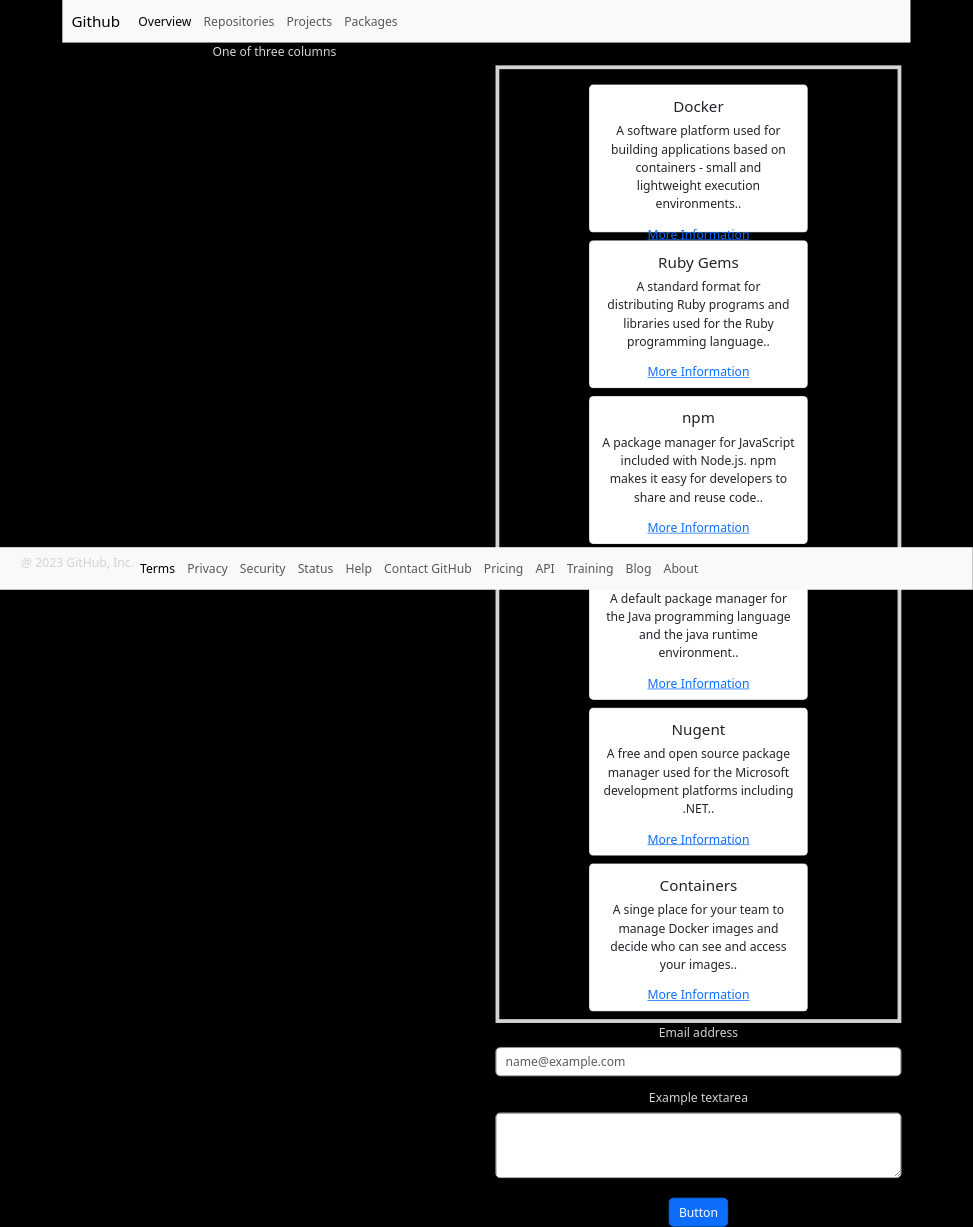
Repository: nss-evening-cohort-E23/gitsub-pull-request-posse
Page: packages.html
These files come from the project's save history. The page is drawn as it stood at one moment and after the next save; the edit follows.
The browser window is 1280 px wide. The pictures show the whole page, at 76% of full size.

Above is the page before, as saved 2023-05-09 18:56:29.

### packages.html
<!DOCTYPE html>
<html lang="en">
<head>
  <meta charset="UTF-8">
  <meta http-equiv="X-UA-Compatible" content="IE=edge">
  <meta name="viewport" content="width=device-width, initial-scale=1.0">
  <link href="https://cdn.jsdelivr.net/npm/bootstrap@5.3.0-alpha3/dist/css/bootstrap.min.css" rel="stylesheet" integrity="sha384-KK94CHFLLe+nY2dmCWGMq91rCGa5gtU4mk92HdvYe+M/SXH301p5ILy+dN9+nJOZ" crossorigin="anonymous">
  <link rel="stylesheet" href="packages.css">
  <title>Packages</title>
</head>
<body>
  <div class="container" id="master">
    <div id="navigate">
      <nav class="navbar navbar-expand-lg bg-body-tertiary">
        <div class="container-fluid">
          <a class="navbar-brand" href="#">Github</a>
          <button class="navbar-toggler" type="button" data-bs-toggle="collapse" data-bs-target="#navbarNavAltMarkup" aria-controls="navbarNavAltMarkup" aria-expanded="false" aria-label="Toggle navigation">
            <span class="navbar-toggler-icon"></span>
          </button>
          <div class="collapse navbar-collapse" id="navbarNavAltMarkup">
            <div class="navbar-nav">
              <a class="nav-link active" aria-current="page" href="#">Overview</a>
              <a class="nav-link" href="#">Repositories</a>
              <a class="nav-link" href="#">Projects</a>
              <a class="nav-link" href="#">Packages</a>
            </div>
          </div>
        </div>
      </nav>
    </div>
   <div class="container text-center">
    <div class="row align-items-start">
    <!-- 2 columns | first column for static bio -->
    <div class="col" id="bio">
      One of three columns

    </div>
    <div class="col">
      <!-- <h2><b><u>Packages</u></b></h2> -->
      <div id="packages"></div>
      <div class="mb-3">
  <label for="exampleFormControlInput1" class="form-label">Email address</label>
  <input type="email" class="form-control" id="exampleFormControlInput1" placeholder="name@example.com">
</div>
<div class="mb-3">
  <label for="exampleFormControlTextarea1" class="form-label">Example textarea</label>
  <textarea class="form-control" id="exampleFormControlTextarea1" rows="3"></textarea>
</div>
        <button class="btn btn-primary" type="submit" id="newSubmit">Button</button>
      </div></div>
    </div>
  </div>
</div>
<!-- Footer -->

<div class="footer">
<nav class="navbar navbar-expand-lg bg-body-tertiary">
  <div class="container-fluid">
    <a class="navbar-brand" href="#"></a>
    <button class="navbar-toggler" type="button" data-bs-toggle="collapse" data-bs-target="#navbarNav" aria-controls="navbarNav" aria-expanded="false" aria-label="Toggle navigation">
      <span class="navbar-toggler-icon"></span>
    </button>
    <div class="collapse navbar-collapse" id="footer">
      <p>@ 2023 GitHub, Inc.</p>
      <div id="ftr-links">
      <ul class="navbar-nav">
        <li class="nav-item">
          <a class="nav-link active" aria-current="page" href="#">Terms</a>
        </li>
        <li class="nav-item">
          <a class="nav-link" href="#">Privacy</a>
        </li>
        <li class="nav-item">
          <a class="nav-link" href="#">Security</a>
        </li>
        <li class="nav-item">
          <a class="nav-link" href="#">Status</a>
        </li>
        <li class="nav-item">
          <a class="nav-link" href="#">Help</a>
        </li>
      </ul>

      <ul class="navbar-nav">
        <li class="nav-item">
          <a class="nav-link" href="#">Contact GitHub</a>
        </li>
        <li class="nav-item">
          <a class="nav-link" href="#">Pricing</a>
        </li>
        <li class="nav-item">
          <a class="nav-link" href="#">API</a>
        </li>
        <li class="nav-item">
          <a class="nav-link" href="#">Training</a>
        </li>
        <li class="nav-item">
          <a class="nav-link" href="#">Blog</a>
        </li>
        <li class="nav-item">
          <a class="nav-link" href="#">About</a>
        </li>
      </ul>
    </div>
  </div>
</nav>
</div>
</div>
</div>
</div>
  <script src="main.js"></script>
  <script src="https://cdn.jsdelivr.net/npm/bootstrap@5.3.0-alpha3/dist/js/bootstrap.bundle.min.js" integrity="sha384-ENjdO4Dr2bkBIFxQpeoTz1HIcje39Wm4jDKdf19U8gI4ddQ3GYNS7NTKfAdVQSZe" crossorigin="anonymous"></script>
</body>
</html>

### packages.css
body {
  background-color: black;
  color: lightgray;
  flex: auto;
}

#master {
  display: flex;
  flex-direction: column;
  height: 100vh;
}

#navigate {
  flex: none;



}

.footer {
  margin-top: auto;
  justify-content: space-around;

}

#ftr-links {
  display: flex;
  flex-direction: row;
  justify-content: space-between;

}

#packages {
  display: flex;
  flex-direction: row;
  flex-wrap: wrap;
  justify-content: space-around;
  margin: 0 auto;
  width: 100%;
  border: 5px solid lightgray;
  padding: 10px;
  margin-top: 30px;

}

.card {
 height: 195px;
 margin-top: 10px;
}

#newPackage {
  border: 5px solid lightgray;
  margin-top: 30px;
  margin-bottom: 15px;
  padding: 10px;
}

#newSubmit {
  margin-top: 10px;
}

### main.js

const renderToDom = (divId, htmltoRender) => {
  let targetedDiv = document.getElementById(divId);
  targetedDiv.innerHTML = htmltoRender;
};

const reposCardsOnDom = () => {
  let domString = "";
  domString += `

  `;
};

// packages array
const packages = [
  {
    id: 1,
    name: 'Docker',
    description: 'A software platform used for building applications based on containers - small and lightweight execution environments.',

  },

  {
    id: 2,
    name: 'Ruby Gems',
    description: 'A standard format for distributing Ruby programs and libraries used for the  Ruby programming language.',

  },

  {
    id: 3,
    name: 'npm',
    description: 'A package manager for JavaScript included with Node.js. npm makes it easy for developers to share and reuse code.',

  },

  {
    id: 4,
    name: 'Apache Maven',
    description: 'A default package manager for the Java programming language and the java runtime environment.',

  },

  {
    id: 5,
    name: 'Nugent',
    description: 'A free and open source package manager used for the Microsoft development platforms including .NET.',

  },

  {
    id: 6,
    name: 'Containers',
    description: 'A singe place for your team to manage Docker images and decide who can see and access your images.',
  },
]

// packages
const packagesOnDom = (array) => {
  let domString = "";

// package cards
for (const package of array) {
  domString += `<div class="card" style="width: 18rem;" id="pkgs">
  <div class="card-body">
    <h5 class="card-title">${package.name}</h5>
    <p class="card-text">${package.description}.</p>
    <a href="#" class="card-link">More Information</a>
  </div>
</div>`
}
renderToDom("packages", domString);

}
packagesOnDom(packages);

const startApp = () => {
  packagesOnDom(packages);
}

After the next save:
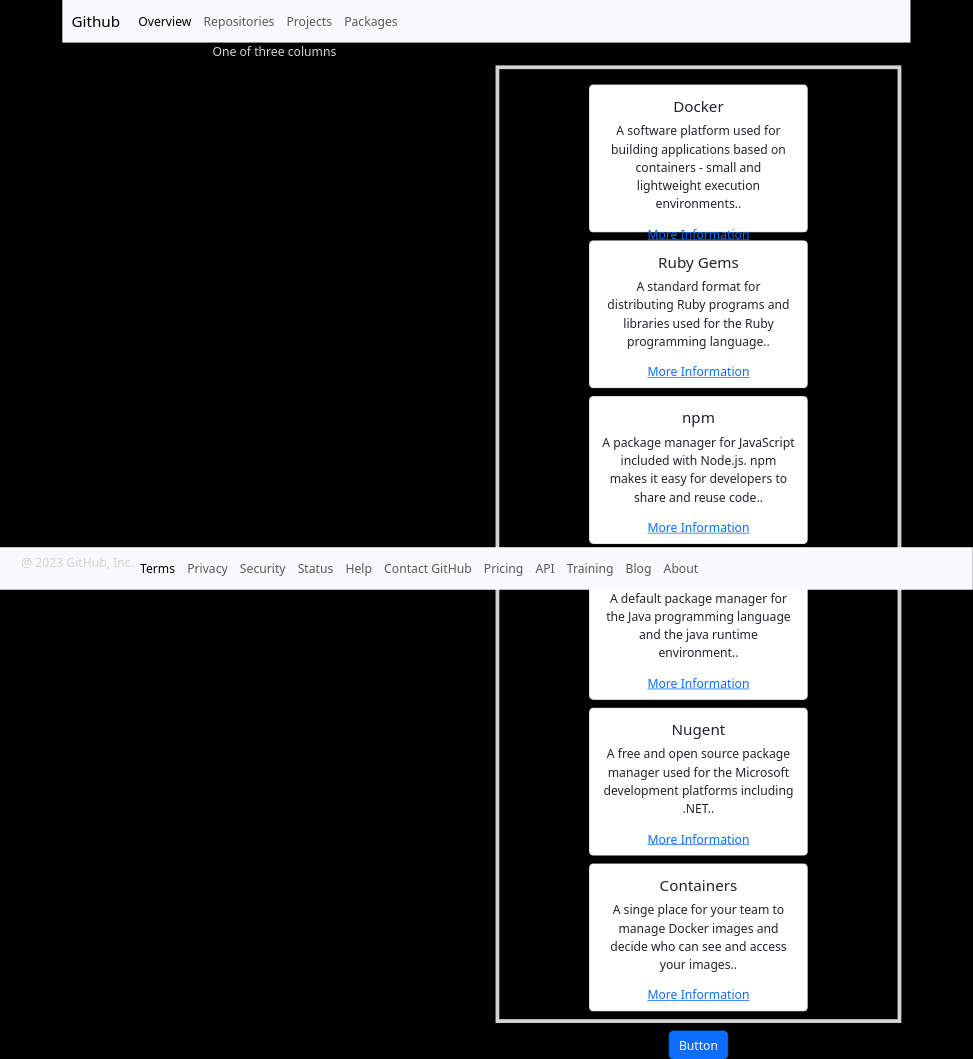
Saved 9 s later.
--- a/packages.html
+++ b/packages.html
@@ -38,14 +38,7 @@
     <div class="col">
       <!-- <h2><b><u>Packages</u></b></h2> -->
       <div id="packages"></div>
-      <div class="mb-3">
-  <label for="exampleFormControlInput1" class="form-label">Email address</label>
-  <input type="email" class="form-control" id="exampleFormControlInput1" placeholder="name@example.com">
-</div>
-<div class="mb-3">
-  <label for="exampleFormControlTextarea1" class="form-label">Example textarea</label>
-  <textarea class="form-control" id="exampleFormControlTextarea1" rows="3"></textarea>
-</div>
+
         <button class="btn btn-primary" type="submit" id="newSubmit">Button</button>
       </div></div>
     </div>
